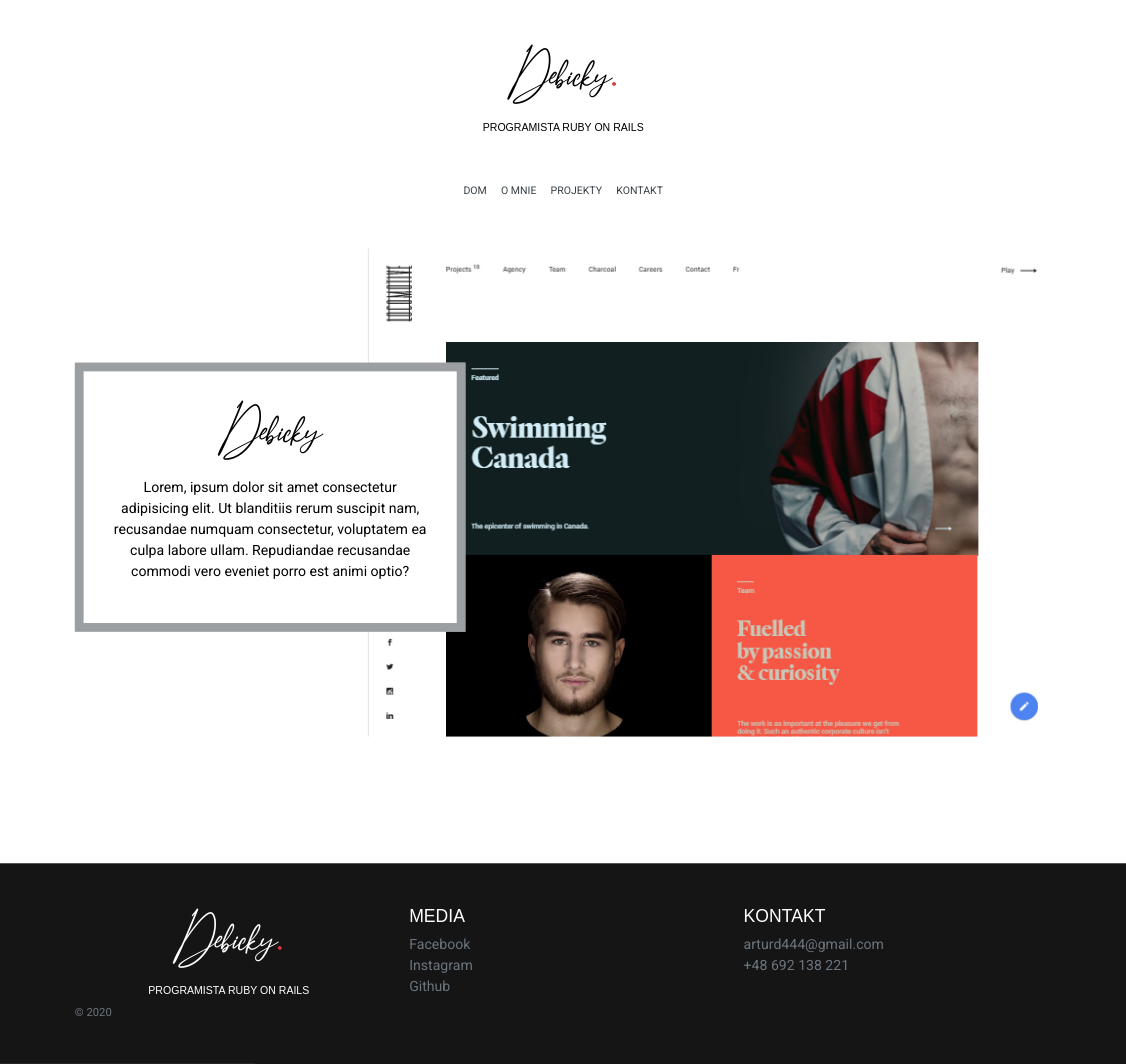
Repository: debicky/debicky.github.io
Page: index.html
The author's editor kept a copy of each file at every save. The page is drawn from the files as they stood at one save, then again after the next save.
The browser window is 1280 px wide. The pictures show the whole page, at 88% of full size.
Some web fonts or font styles are not loaded; a fallback is used. Some web libraries are served in a nearby version.

Above is the page before, as saved 2020-06-10 11:05:36.

### index.html
<!DOCTYPE html>
<html lang="en">
<head>
  <meta charset="UTF-8">
  <meta name="viewport" content="width=device-width, initial-scale=1.0">
  <title>Debicky</title>
  <link rel="stylesheet" href="https://stackpath.bootstrapcdn.com/bootstrap/4.5.0/css/bootstrap.min.css" integrity="sha384-9aIt2nRpC12Uk9gS9baDl411NQApFmC26EwAOH8WgZl5MYYxFfc+NcPb1dKGj7Sk" crossorigin="anonymous">
  <link rel="stylesheet" href="https://cdnjs.cloudflare.com/ajax/libs/font-awesome/5.11.2/css/all.min.css">
  <link rel="stylesheet" href="styles.css">
</head>
<body>


  <header>
    <a href="index.html">
      <div class="signature">
        <h5 class="signature-heading">Debicky<span class="text-danger font-weight-bolder">.</span></h5>
        <h3 class="signature-subhead">Programista Ruby on Rails</h3>
      </div>
    </a>
  </header>

  <div class="container">
    <nav class="navbar navbar-expand-md p-0">
      <button class="navbar-toggler" type="button" data-toggle="collapse" data-target="#navbarSupportedContent" aria-controls="navbarSupportedContent" aria-expanded="false" aria-label="Toggle navigation">
        <i class="fas fa-bars"></i>
        <i class="fas fa-times"></i>
      </button>

      <div class="collapse navbar-collapse d-md-flex justify-content-center" id="navbarSupportedContent">
        <ul class="navbar-nav">
          <li class="nav-item active">
            <a class="nav-link" href="index.html">Dom</a>
          </li>
          <li class="nav-item">
            <a class="nav-link" href="#">O mnie</a>
          </li>
          <li class="nav-item">
            <a class="nav-link" href="#">Projekty</a>
          </li>
          <li class="nav-item">
            <a class="nav-link" href="#">Kontakt</a>
          </li>
        </ul>
      </div>
    </nav>
  </div>

  <section class="about py-5">
    <div class="container">
      <div class="about-content">
        <div class="about-description">
          <div class="signature">
            <h5 class="signature-heading">Debicky</h5>
            <p>Lorem, ipsum dolor sit amet consectetur adipisicing elit. Ut blanditiis rerum suscipit nam, recusandae numquam consectetur, voluptatem ea culpa labore ullam. Repudiandae recusandae commodi vero eveniet porro est animi optio?</p>
          </div>
        </div>
        <div class="about-image">
          <a href="/images/1.jpeg">
            <img src="/images/2.jpeg" alt="img1">
          </a>
        </div>
      </div>
    </div>
  </section>


  <section class="projects py-5">


  </section>


  <footer class="py-5">
    <div class="container">
      <div class="row">
        <div class="col-12 col-md-5 col-lg-4 mb-5 mb-md-0">
          <a href="index.html">
            <div class="signature">
              <h5 class="signature-heading">Debicky<span class="text-danger font-weight-bolder">.</span></h5>
              <h3 class="signature-subhead">Programista Ruby on Rails</h3>
            </div>
          </a>
          <small class="d-block mt-2 text-muted">&copy; 2020</small>
        </div>
        <div class="col-12 col-md-5 col-lg-4 mb-5 mb-md-0">
          <h5 class="text-uppercase">Media</h5>
          <ul class="list-unstyled mb-0">
            <li>
              <a href="https://www.facebook.com/artur.debicki.5" class="text-muted">Facebook</a>
            </li>
            <li>
              <a href="https://www.instagram.com/debicky" class="text-muted">Instagram</a>
            </li>
            <li>
              <a href="https://github.com/debicky" class="text-muted">Github</a>
            </li>
          </ul>
        </div>
        <div class="col-12 col-md-5 col-lg-4">
          <h5 class="text-uppercase">Kontakt</h5>
              <ul class="list-unstyled text-small mb-0">
                <li>
                  <a href="mailto:arturd444@gmail.com" class="text-muted">arturd444@gmail.com</a>
                </li>
                <li>
                  <p class="text-muted">+48 692 138 221</p>
                </li>
              </ul>
        </div>
      </div>
    </div>
  </footer>



  <script src="https://code.jquery.com/jquery-3.5.1.slim.min.js" integrity="sha384-DfXdz2htPH0lsSSs5nCTpuj/zy4C+OGpamoFVy38MVBnE+IbbVYUew+OrCXaRkfj" crossorigin="anonymous"></script>
  <script src="https://cdn.jsdelivr.net/npm/popper.js@1.16.0/dist/umd/popper.min.js" integrity="sha384-Q6E9RHvbIyZFJoft+2mJbHaEWldlvI9IOYy5n3zV9zzTtmI3UksdQRVvoxMfooAo" crossorigin="anonymous"></script>
  <script src="https://stackpath.bootstrapcdn.com/bootstrap/4.5.0/js/bootstrap.min.js" integrity="sha384-OgVRvuATP1z7JjHLkuOU7Xw704+h835Lr+6QL9UvYjZE3Ipu6Tp75j7Bh/kR0JKI" crossorigin="anonymous"></script>
  <script src="script.js"></script>

</body>
</html>

### styles.css
@import url('https://fonts.googleapis.com/css?family=Playfair+Display+SC|Roboto:300,400&display=swap');

@font-face {
  font-family: "AmostelySignature";
  src: url("/fonts/AmostelySignature.ttf");
  }

body, html {
  font-family: "Roboto", sans-serif;
}

a:hover {
  text-decoration: none;;
}

/* Heading & nav  */

header{
  height: 200px;
  width: 100%;
  display: flex;
  align-items: center;
  justify-content: center;
}

.signature{
  color: black;
  text-align: center;
  user-select: none;
}

.signature-heading{
  font-family: 'AmostelySignature', cursive;
  font-size: 50px;
  margin-bottom: 30px;
}

.signature-subhead{
  font-family: 'Playfair Display SC', sans-serif;
  font-size: 12px;
  text-transform: uppercase;
  margin-bottom: 0;
}

.navbar{
  background-color: #384147;
}

.navbar-toggler i{
  color: #fff;
  font-size: 25px;
}

.navbar-toggler .fa-times{
  display: none;
}

.navbar-toggler.menu-open  .fa-bars{
  display: none;
}

.navbar-toggler.menu-open  .fa-times{
  display: block;
}

.navbar-nav{
  padding: 20px;
}

.nav-link{
  color: #fff;
  text-transform: uppercase;
  transition: opacity .5s;
  font-size: 12px;
}

.nav-link:hover{
  color: maroon;
}

/* About */

.about-content{
  display: flex;
  flex-direction: column;
}

.about-description{
  width: 100%;
  background-color: #fff;
  padding: 40px;
  outline: 5px solid rgba(56, 65, 71, 0.5);
  outline-offset: -5px;
  order: 2;
  margin-top: 5px;
}

.about-image{
  order: 1;
}

.about-image img{
  width: 100%;
  height: auto;
  display: block;
}

.about-image a::after{
  font-family: 'Font Awesome 5 Free';
  content: "\f35d";
  font-weight: 600;
  position: absolute;
  top: 50%;
  left: 50%;
  transform: translate(-50%, -50%);
  color: maroon;
  font-size: 25px;
  z-index: 101;
  width: 70px;
  height: 70px;
  border: 3px solid #fff;
  border-radius: 100%;
  display: flex;
  align-items: center;
  justify-content: center;
  opacity: 0;
  transition: opacity .5s;
}

.about-image a:hover::after{
  opacity: .7;
}

/* Footer */

footer {
  background-color: #151515;
}

footer h5, footer h3{
  color: #fff;
  font-family: 'Playfair Display SC', sans-serif;
}

a.text-muted:hover{
  color: maroon !important;
}

@media screen and (min-width: 768px) {
  .navbar{
    background-color: transparent;
  }
  .navbar-nav{
    padding: 0;
  }
  .nav-link{
    color: #384147;
  }

  nav:hover .nav-link:not(:hover){
    opacity: .5;
  }

  .about-content{
    position: relative;
    display: block;
  }

  .about-description{
    position: absolute;
    top: 80%;
    transform: translateY(-50%);
    width: 60%;
    outline-offset: -10px;
  }

  .about-image img{
    width: 70%;
    margin-left: auto;
  }
}

@media screen and (min-width: 1200px) {
  .about-description{
    top: 50%;
    width: 40%;
    outline: 10px solid rgba(56, 65, 71, 0.5);
    offset: -20px;
  }

  .about-image
}

### script.js
$('.navbar-toggler').on('click', function () {
  $(this).toggleClass('menu-open')
})

After the next save:
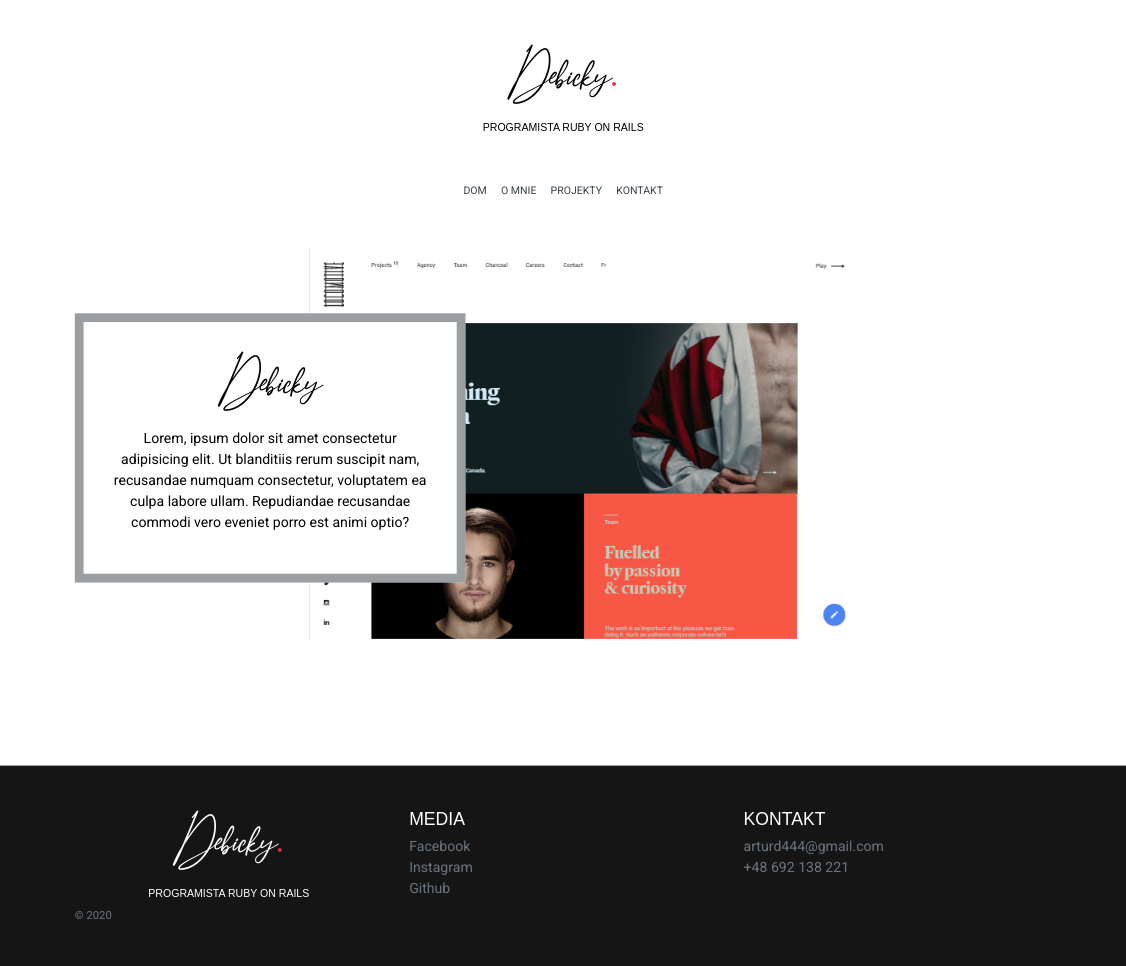
Saved 5 s later.
--- a/styles.css
+++ b/styles.css
@@ -188,5 +188,8 @@ a.text-muted:hover{
     offset: -20px;
   }
 
-  .about-image
+  .about-image{
+    width: 80%;
+
+  }
 }
